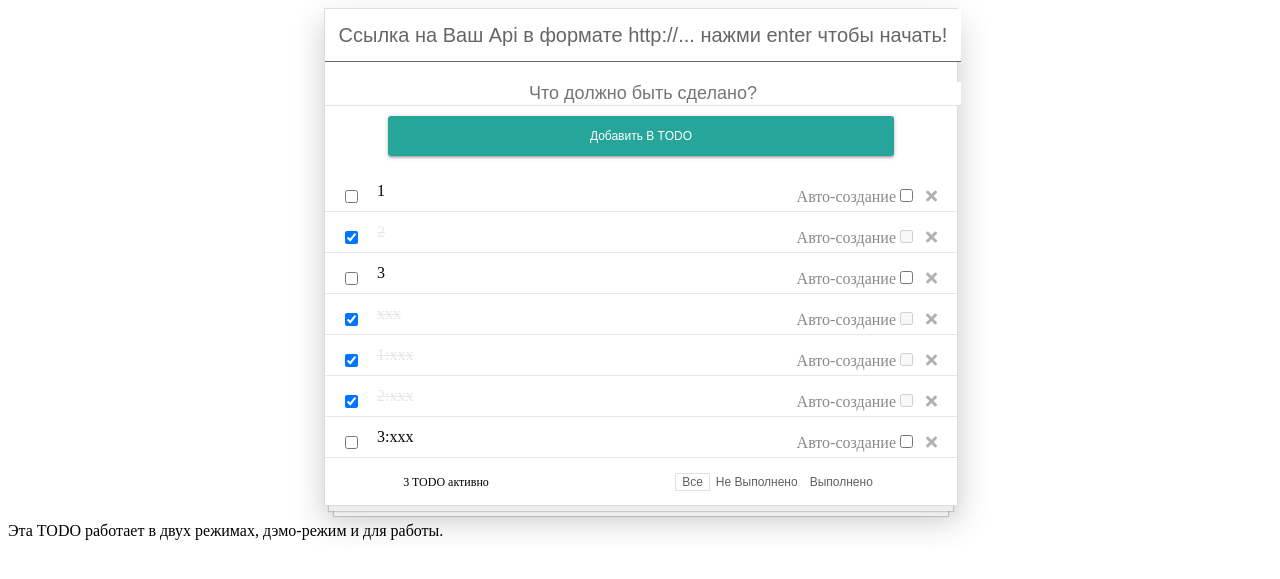
Repository: AntonBrock/taskTodo_for-backend
Page: /
The author's editor kept a copy of each file at every save. The page is drawn from the files as they stood at one save, then again after a run of saves.
The browser window is 1280 px wide. The pictures show the whole page.
Some web libraries are served in a nearby version. The project was rebuilt for these pictures with package versions that can differ from the ones it lists, and the page was loaded fresh each time.

Above is the page before, as saved 2019-04-30 10:41:17.

After the next 4 saves:
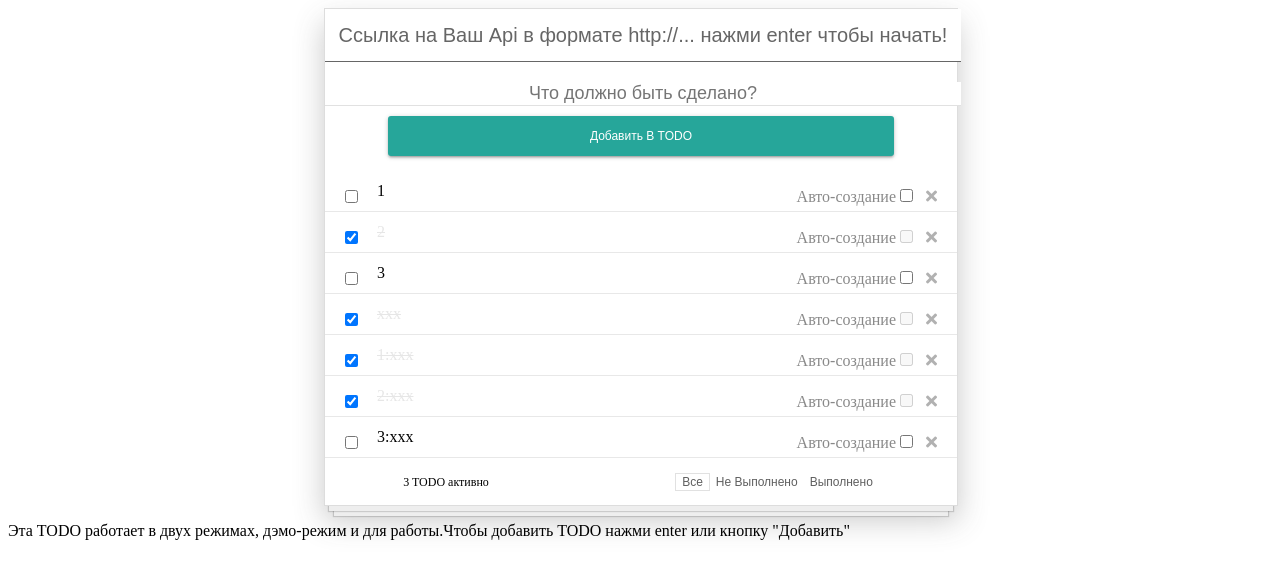
The 4 saves are shown as one change because 3 did not build or start.
The last was saved 66 s later.
--- a/src/App.vue
+++ b/src/App.vue
@@ -2,8 +2,7 @@
   #app
     Todolist
     .helpWorld
-      p.helpText Эта TODO работает в двух режимах, дэмо-режим и для работы.
-      br
+      p.helpText Эта TODO работает в двух режимах, дэмо-режим и для работы.Чтобы добавить TODO нажми enter или кнопку "Добавить"
 </template>
 
 <script>
